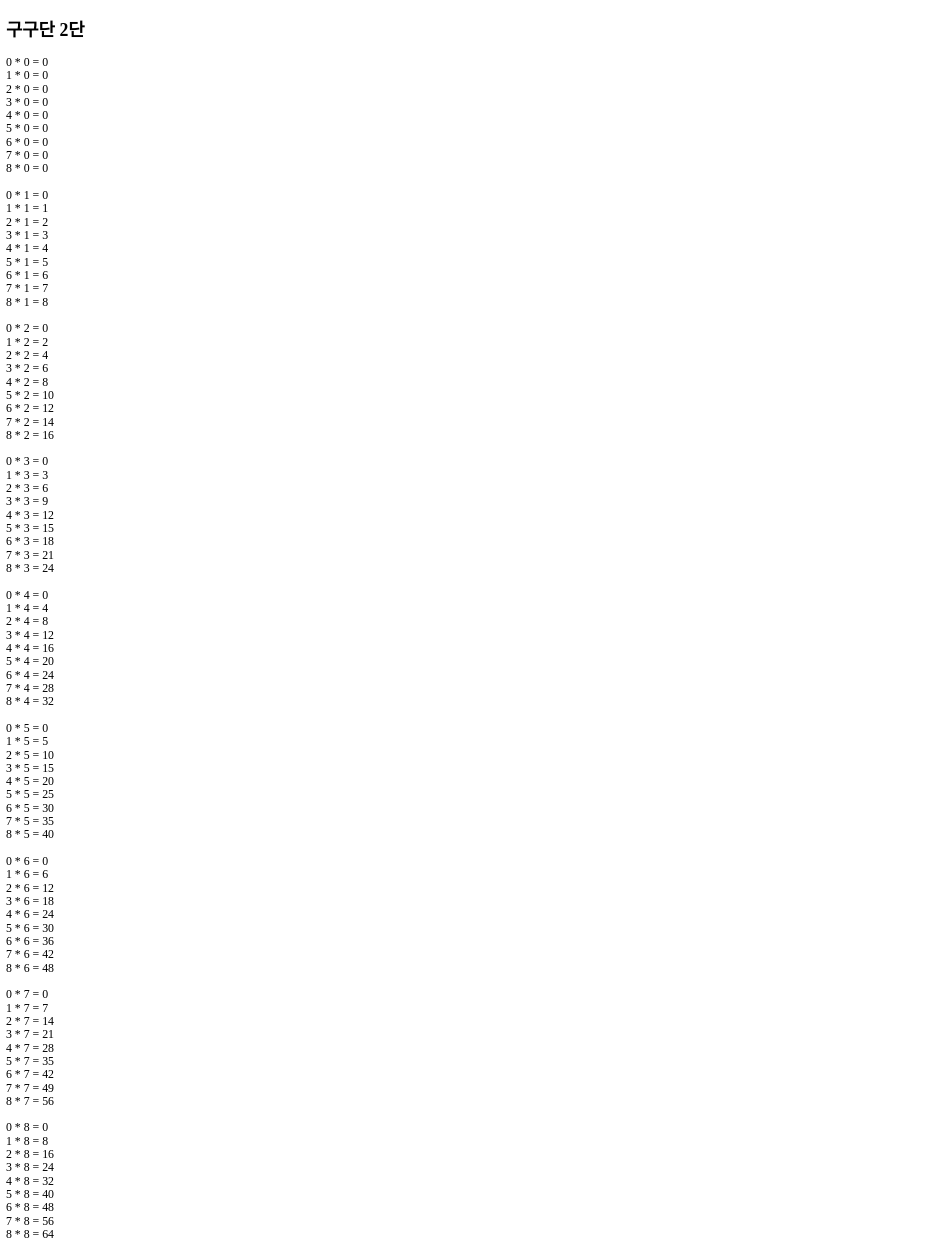
Repository: poiup/jsp_practice
Page: http://localhost/20210128/jspTag/Scriptlet.jsp
An editor plug-in stored every save of this project. The page is shown before and after the next save, followed by the edit.
The browser window is 1280 px wide. The pictures show the whole page, at 74% of full size.
The page is served by Tomcat 9.

Above is the page before, as saved 2022-01-28 02:44:57.

### 20210128/src/main/webapp/jspTag/Scriptlet.jsp
<%@ page language="java" contentType="text/html; charset=UTF-8"
    pageEncoding="UTF-8"%>
<!DOCTYPE html>
<html>
<head>
<meta charset="UTF-8">
<title>Insert title here</title>
</head>
<body>
	<!-- 하단에 구구닫ㄴ 코드를 작성해주세요
	System.out.println() 이 괄호내 구문에 콘솔이 찍히게 해줫다면
	out.println()은 html화면에 괄호 내 구문을 콘솔에 찍히게 해줍니다.
	(javascript의 document.write()와 같은역활 -->
	<h2>구구단 2단</h2>
	<% for(int i = 0; i< 9; i++){
		for(int j = 0; j< 9; j++){
		out.println(j + " * " + i + " = " + j*i);
	%></br><%
		}
	%></br><%
	}%>
</body>
</html>

After the next save:
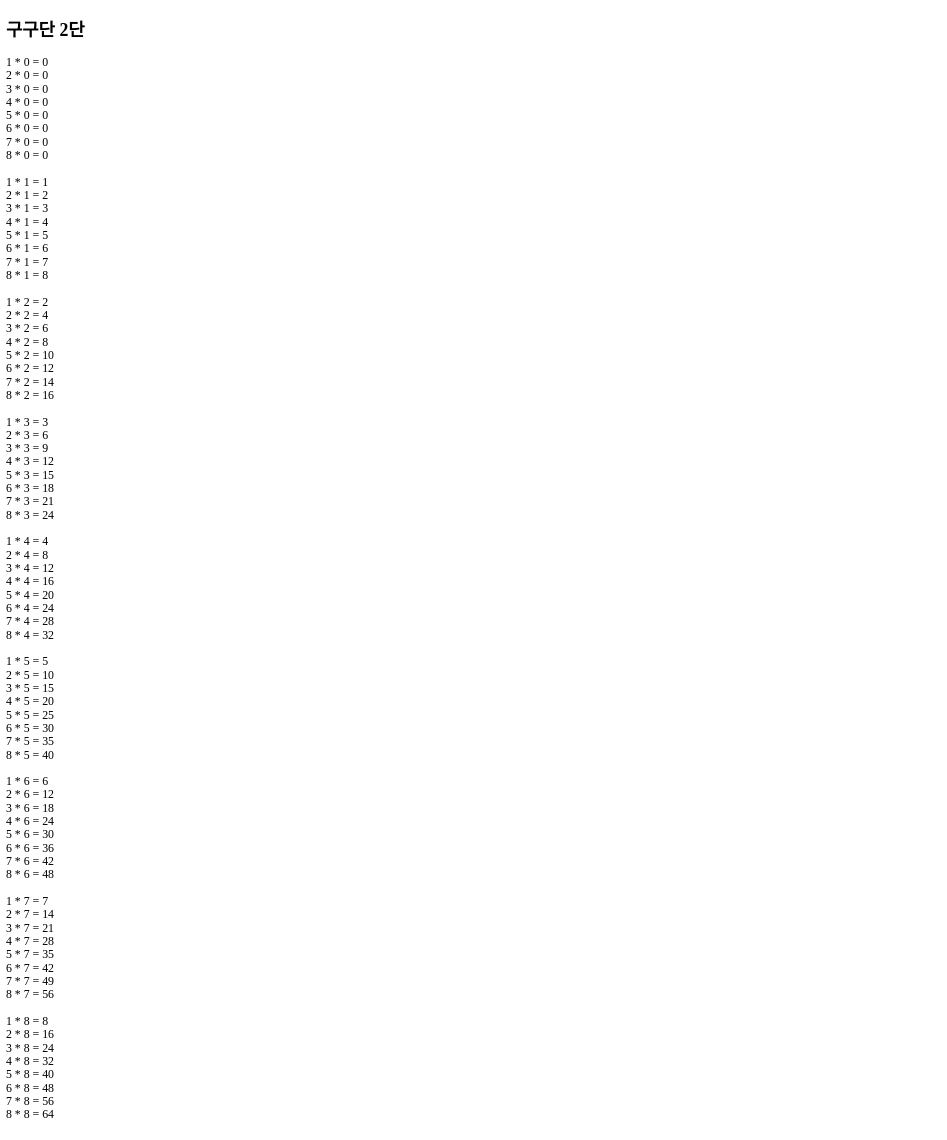
Saved 13 s later.
--- a/20210128/src/main/webapp/jspTag/Scriptlet.jsp
+++ b/20210128/src/main/webapp/jspTag/Scriptlet.jsp
@@ -13,7 +13,7 @@
 	(javascript의 document.write()와 같은역활 -->
 	<h2>구구단 2단</h2>
 	<% for(int i = 0; i< 9; i++){
-		for(int j = 0; j< 9; j++){
+		for(int j = 1; j< 9; j++){
 		out.println(j + " * " + i + " = " + j*i);
 	%></br><%
 		}
